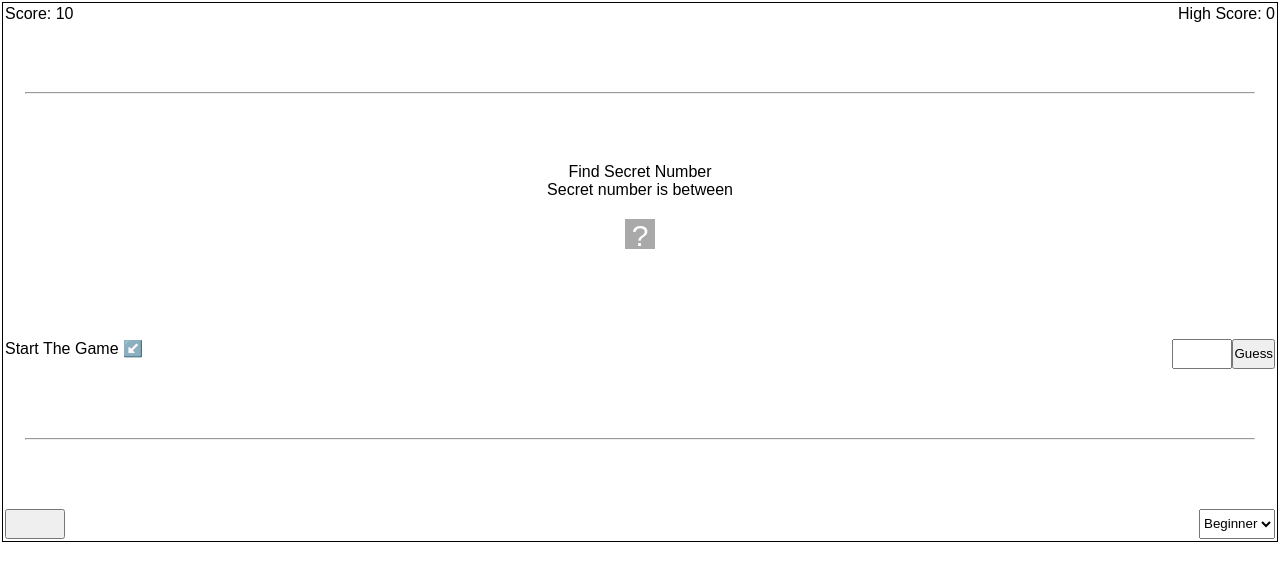
Repository: baziz22/Vanilla_JS_Projects
Page: secret_number/index.html
These files come from the project's save history. The page is drawn as it stood at one moment and after the next save; the edit follows.
The browser window is 1280 px wide. The pictures show the whole page.

Above is the page before, as saved 2022-02-19 23:12:22.
Console error: TypeError: Cannot set properties of null (setting 'textContent')

After the next save:
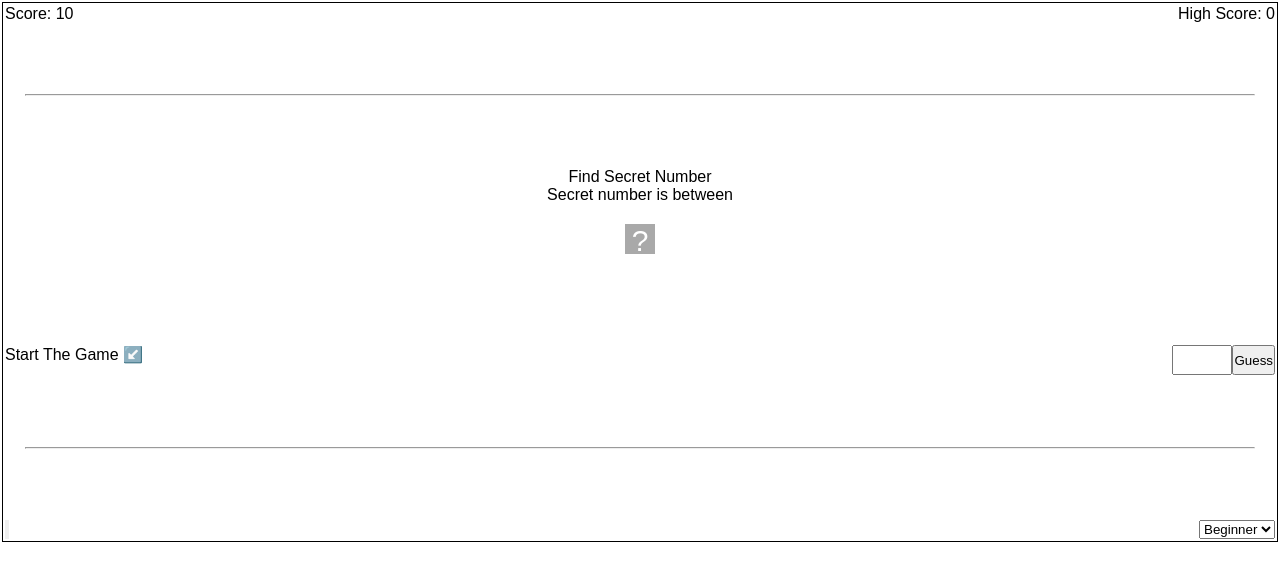
Saved 28 s later.
--- a/secret_number/index.html
+++ b/secret_number/index.html
@@ -28,7 +28,7 @@
       </div>
       <hr />
       <div id="scene-footer">
-        <button id="reset"></button>
+        <button id="start-btn"></button>
         <select id="level" title="levels">
           <option value="beginner">Beginner</option>
           <option value="medium">Medium</option>
